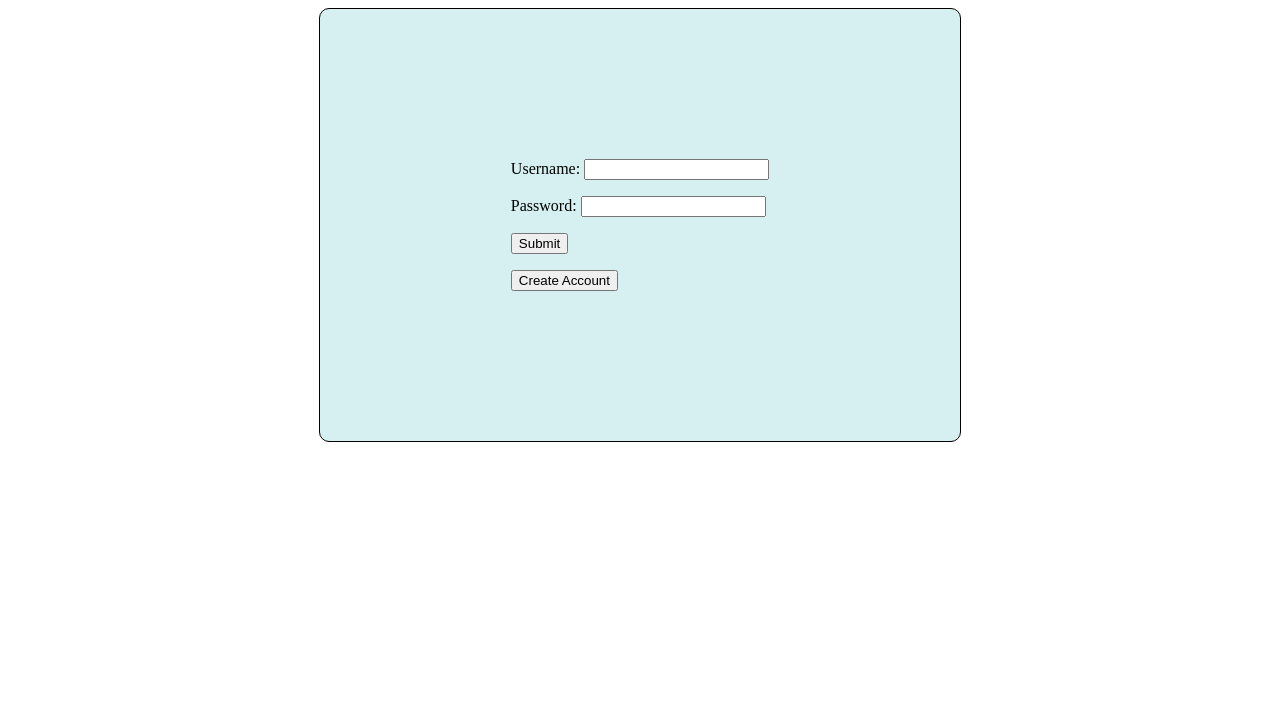
Repository: Jtho28/4830-group-project
Page: Esports-webproj/src/main/webapp/WEB-INF/Login.html
These files come from the project's save history. The page is drawn as it stood at one moment and after the next save; the edit follows.
The browser window is 1280 px wide. The pictures show the whole page.

Above is the page before, as saved 2022-11-16 20:46:44.

After the next save:
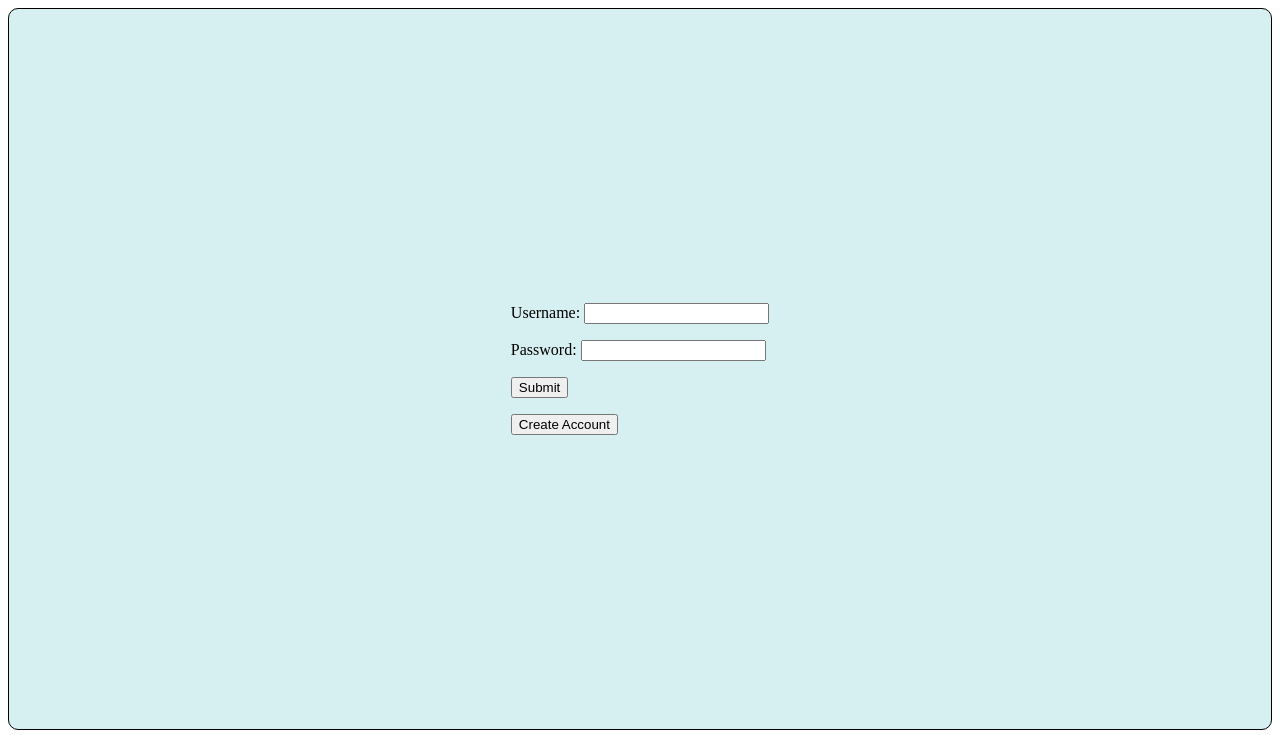
Saved 9 s later.
--- a/Esports-webproj/src/main/webapp/WEB-INF/login.css
+++ b/Esports-webproj/src/main/webapp/WEB-INF/login.css
@@ -8,8 +8,8 @@ body {
 }
 
 .login {
-	height: 60vh;
-	width: 50vw;
+	height: 100vh;
+	width: 100vw;
 	display: flex;
 	align-items: center;
 	justify-content: center;
